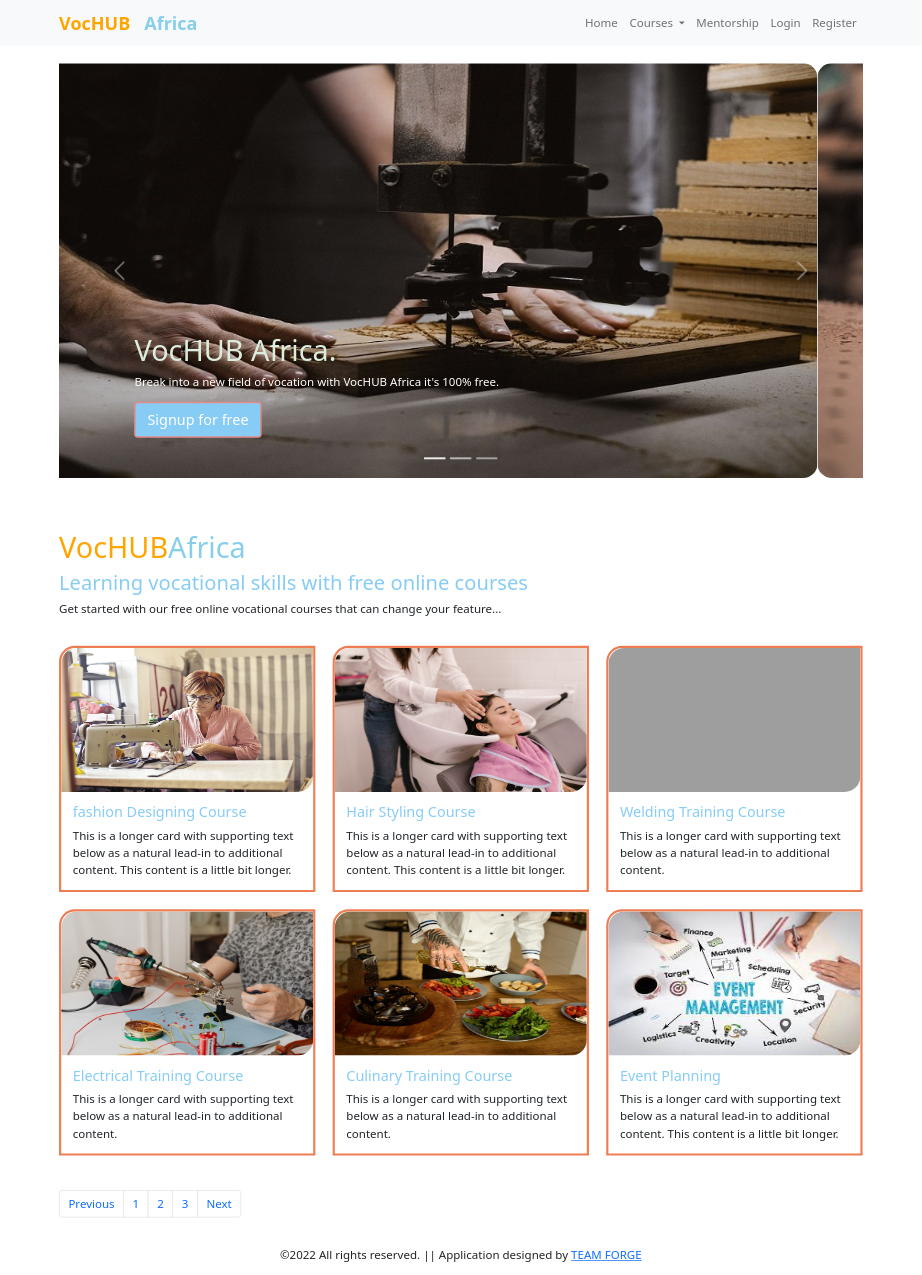
Repository: EKem01/VocHUB-Africa-Project
Page: / (app in client/)
These files come from the project's save history. The page is drawn as it stood at one moment and after a run of saves; the edit follows.
The browser window is 1280 px wide. The pictures show the whole page, at 72% of full size.
Pictures or frames that could not be fetched are drawn as grey boxes. The project was rebuilt for these pictures with package versions that can differ from the ones it lists, and the page was loaded fresh each time. Also part of the build but not shown: client/angular.json, client/src/app/components/login/login.component.ts, client/src/app/components/register/register.component.ts, client/src/app/components/courses/fashion-designing/fashion-designing.component.ts, client/src/app/components/courses/hair-styling/hair-styling.component.ts, client/src/app/components/dashboard/dashboard.component.ts, client/src/app/components/logout/logout.component.ts, client/src/app/components/mentorship/mentorship.component.ts.

Above is the page before, as saved 2022-06-13 23:40:32.

### client/src/index.html
<!doctype html>
<html lang="en">
<head>
  <meta charset="utf-8">
  <title>Vochub-Africa</title>
  <base href="/">
  <link href="https://cdn.jsdelivr.net/npm/bootstrap@5.0.2/dist/css/bootstrap.min.css" rel="stylesheet" integrity="sha384-EVSTQN3/azprG1Anm3QDgpJLIm9Nao0Yz1ztcQTwFspd3yD65VohhpuuCOmLASjC" crossorigin="anonymous">
  <meta name="viewport" content="width=device-width, initial-scale=1">
  <link rel="icon" type="image/x-icon" href="favicon.ico">
</head>
<body>
  <app-root></app-root>
  <script src="https://code.jquery.com/jquery-3.6.0.js" integrity="sha256-H+K7U5CnXl1h5ywQfKtSj8PCmoN9aaq30gDh27Xc0jk=" crossorigin="anonymous"></script>
  <script src="https://cdn.jsdelivr.net/npm/bootstrap@5.0.2/dist/js/bootstrap.bundle.min.js" integrity="sha384-MrcW6ZMFYlzcLA8Nl+NtUVF0sA7MsXsP1UyJoMp4YLEuNSfAP+JcXn/tWtIaxVXM" crossorigin="anonymous"></script>
</body>
</html>

### client/src/app/app.module.ts
import { NgModule } from '@angular/core';
import { FormsModule } from '@angular/forms';
import { BrowserModule } from '@angular/platform-browser';
import { AppRoutingModule } from './app-routing.module';
import { AppComponent } from './app.component';
import { NavbarComponent } from './components/navbar/navbar.component';
import { HomeComponent } from './components/home/home.component';
import { LoginComponent } from './components/login/login.component';
import { RegisterComponent } from './components/register/register.component';
import { NgbModule } from '@ng-bootstrap/ng-bootstrap';
import { HttpClientModule } from '@angular/common/http';
import { FashionDesigningComponent } from './components/courses/fashion-designing/fashion-designing.component';
import { HairStylingComponent } from './components/courses/hair-styling/hair-styling.component';
import { DashboardComponent } from './components/dashboard/dashboard.component';
import { LogoutComponent } from './components/logout/logout.component';
import { MentorshipComponent } from './components/mentorship/mentorship.component';

@NgModule({
  declarations: [
    AppComponent,
    NavbarComponent,
    HomeComponent,
    LoginComponent,
    LogoutComponent,
    RegisterComponent,
    FashionDesigningComponent,
    HairStylingComponent,
    DashboardComponent,
    LogoutComponent,
    MentorshipComponent
  ],
  imports: [
    BrowserModule,
    AppRoutingModule,
    FormsModule,
    NgbModule,
    HttpClientModule
  ],
  providers: [],
  bootstrap: [AppComponent]
})
export class AppModule { }

### client/src/app/app-routing.module.ts
import { RouterModule, Routes } from '@angular/router';
import { NgModule } from '@angular/core';
import { HomeComponent } from './components/home/home.component';
import { LoginComponent } from './components/login/login.component';
import { RegisterComponent } from './components/register/register.component';
import { FashionDesigningComponent } from './components/courses/fashion-designing/fashion-designing.component';
import { HairStylingComponent } from './components/courses/hair-styling/hair-styling.component';
import { DashboardComponent } from './components/dashboard/dashboard.component';




const appRoutes: Routes = [
    { path: '', component: HomeComponent},
    { path: 'register', component: RegisterComponent},
    { path: 'login', component: LoginComponent},
    { path: 'hair', component: HairStylingComponent},
    { path: 'fashion', component: FashionDesigningComponent},
    { path: 'dashboard', component: DashboardComponent}
    //{ path: '', redirectTo: '/home', pathMatch: 'full' },
    //{ path: '**', component: NotFoundComponent }
  ]

@NgModule({
    declarations: [],
    imports: [RouterModule.forRoot(appRoutes)],
    providers: [],
    bootstrap: [],
    exports: [RouterModule]
  })
  export class AppRoutingModule { }

### client/src/app/app.component.ts
import { Component } from '@angular/core';

@Component({
  selector: 'app-root',
  templateUrl: './app.component.html',
  styleUrls: ['./app.component.css']
})
export class AppComponent {
  title = 'vochub-elearning';
}

### client/src/app/components/navbar/navbar.component.html
<nav class="navbar navbar-expand-lg navbar-light bg-light mb-4" id="navhead">
    <div class="container">
        <a class="navbar-brand" routerLink="/"> <span style="color: orange;">VocHUB</span> &nbsp; <span style="color: skyblue;">Africa</span> </a>
        <button class="navbar-toggler" type="button" data-bs-toggle="collapse" data-bs-target="#navbarSupportedContent"
            aria-controls="navbarSupportedContent" aria-expanded="false" aria-label="Toggle navigation">
            <span class="navbar-toggler-icon"></span>
        </button>
        <div class="collapse navbar-collapse" id="navbarSupportedContent">
            <ul class="navbar-nav me-auto mb-2 mb-lg-0"> </ul>
            <ul class="nav navbar-nav navbar-right">
              <li><a class="nav-link" id="blue" aria-current="page" routerLink="/">Home</a></li>
              <li class="nav-item dropdown">
                  <a class="nav-link dropdown-toggle" href="#" id="navbarDropdown" role="button" data-bs-toggle="dropdown" aria-expanded="false">
                    Courses
                  </a>
                  <ul class="dropdown-menu" aria-labelledby="navbarDropdown">
                    <li><a class="dropdown-item" routerLink="/fashion">Fashion Designing</a></li>
                    <li><a class="dropdown-item" routerLink="/hair">Hair Styling</a></li>
                    <li><a class="dropdown-item" routerLink="/course">Arts and craft</a></li>
                    <li><a class="dropdown-item" routerLink="/course">Electrician</a></li>
                    <li><a class="dropdown-item" routerLink="course">Welding</a></li>
                    <li><a class="dropdown-item" routerLink="/course">Graphic Designing</a></li>
                    <li><a class="dropdown-item" routerLink="/course">Culinary Arts</a></li>
                    <li><a class="dropdown-item" routerLink="/course">Event planning</a></li>
                  </ul>
                </li>
                <li><a class="nav-link" routerLink="/mentorship">Mentorship</a></li>
                <li><a class="nav-link" routerLink="/login">Login</a></li>
                <li><a class="nav-link" routerLink="/register">Register</a></li>
            </ul>
        </div>
    </div>
  </nav>

  <div class="container">
    <router-outlet></router-outlet>
  </div>
  <br>

  <footer class="text-center">
    <div class="container">
      <p>&copy;2022 All rights reserved. || Application designed by <a href="#">TEAM FORGE</a></p>
    </div>
  </footer>

### client/src/app/components/navbar/navbar.component.css
button{
    border-radius: 10px;
}
.container .navbar-brand{
    font-weight: 700;
}
.navbar-brand{
    color: #0096FF;
    font-size: 25px;
}

### client/src/app/components/home/home.component.html
<div id="myCarousel" class="carousel slide" data-bs-ride="carousel">
  <div class="carousel-indicators">
    <button type="button" data-bs-target="#myCarousel" data-bs-slide-to="0" class="active" aria-current="true"
      aria-label="Slide 1"></button>
    <button type="button" data-bs-target="#myCarousel" data-bs-slide-to="1" aria-label="Slide 2"></button>
    <button type="button" data-bs-target="#myCarousel" data-bs-slide-to="2" aria-label="Slide 3"></button>
  </div>
  <div class="carousel-inner">
    <div class="carousel-item active">
      <img src="assets/img/shevet.jpg" class="d-block w-100" alt="...">

      <div class="container">
        <div class="carousel-caption text-start">
          <h1>VocHUB Africa.</h1>
          <p >Break into a new field of vocation with VocHUB Africa it's 100% free.</p>
          <p><a class="btn btn-lg btn-primary course-btn" routerLink="/register">Signup for free</a></p>
        </div>
      </div>
    </div>
    <div class="carousel-item">
      <img src="assets/img/cley.jpg" class="d-block w-100" alt="...">

      <div class="container">
        <div class="carousel-caption text-start">
          <h1>Learn without limits.</h1>
          <p>Start your vocational career with more than 1,000 courses with VocHUB Africa.</p>
          <p><a class="btn btn-lg btn-primary course-btn" routerLink="/register">Learn more...</a></p>
        </div>
      </div>
    </div>
    <div class="carousel-item">
      <img src="assets/img/T1.jpg" class="d-block w-100" alt="...">

      <div class="container">
        <div class="carousel-caption text-start">
          <h1>Start leraning for free.</h1>
          <p>Free vocational online courses with VocHUB Africa.</p>
          <p><a class="btn btn-lg btn-primary course-btn" routerLink="/register">Courses</a></p>
        </div>
      </div>
    </div>
  </div>
  <button class="carousel-control-prev" type="button" data-bs-target="#myCarousel" data-bs-slide="prev">
    <span class="carousel-control-prev-icon" aria-hidden="true"></span>
    <span class="visually-hidden">Previous</span>
  </button>
  <button class="carousel-control-next" type="button" data-bs-target="#myCarousel" data-bs-slide="next">
    <span class="carousel-control-next-icon" aria-hidden="true"></span>
    <span class="visually-hidden">Next</span>
  </button>
</div>
<br>
<br>
<br>


<section class="courses">
  <h1> <span style="color: orange;">VocHUB</span> <span style="color: skyblue;">Africa</span> </h1>
  <h3>Learning vocational skills with free online courses</h3>
  <p>Get started with our free online vocational courses that can change your feature...</p><br>
  <div class="row row-cols-1 row-cols-md-3 g-4">
    <div class="col">
      <div class="card">
        <a routerLink="/fashion">
          <img src="assets/img/T2.jpg" class="card-img-top" alt="...">
        </a>
        <div class="card-body">
          <div class="course">
            <h5><a routerLink="/fashion">fashion Designing Course</a></h5>
          </div>
          <p class="card-text">This is a longer card with supporting text below as a natural lead-in to additional
            content. This content is a little bit longer.</p>
        </div>
      </div>
    </div>

    <div class="col">
      <div class="card">
        <a routerLink="/hair">
          <img src="assets/img/hair.jpg" class="card-img-top" alt="...">
        </a>
        <div class="card-body">
          <div class="course">
            <h5><a routerLink="/hair">Hair Styling Course</a></h5>
          </div>
          <p class="card-text">This is a longer card with supporting text below as a natural lead-in to additional
            content. This content is a little bit longer.</p>
        </div>
      </div>
    </div>
    <div class="col">
      <div class="card">
        <img src="assets/img/welding.jpg" class="card-img-top" alt="...">
        <div class="card-body">
          <div class="course">
            <h5><a routerLink="#">Welding Training Course</a></h5>
          </div>
          <p class="card-text">This is a longer card with supporting text below as a natural lead-in to additional
            content.</p>
        </div>
      </div>
    </div>
    <div class="col">
      <div class="card">
        <img src="assets/img/electric.jpg" class="card-img-top" alt="...">
        <div class="card-body">
          <div class="course">
            <h5><a routerLink="#">Electrical Training Course</a></h5>
          </div>
          <p class="card-text">This is a longer card with supporting text below as a natural lead-in to additional
            content.</p>
        </div>
      </div>
    </div>
    <div class="col">
      <div class="card">
        <img src="assets/img/culinary.jpg" class="card-img-top" alt="...">
        <div class="card-body">
          <div class="course">
            <h5><a routerLink="#">Culinary Training Course</a></h5>
          </div>
          <p class="card-text">This is a longer card with supporting text below as a natural lead-in to additional
            content.</p>
        </div>
      </div>
    </div>
    <div class="col">
      <div class="card">
        <img src="assets/img/event.jpg" class="card-img-top" alt="...">
        <div class="card-body">
          <div class="course">
            <h5><a routerLink="/fashion">Event Planning</a></h5>
          </div>
          <p class="card-text">This is a longer card with supporting text below as a natural lead-in to additional
            content.
            This content is a little bit longer.</p>
        </div>
      </div>
    </div>
  </div>
</section>
<br>
<br>

<section class="pagination">
  <nav aria-label="Page navigation example">
    <ul class="pagination">
      <li class="page-item"><a class="page-link" href="#">Previous</a></li>
      <li class="page-item"><a class="page-link" href="#">1</a></li>
      <li class="page-item"><a class="page-link" href="#">2</a></li>
      <li class="page-item"><a class="page-link" href="#">3</a></li>
      <li class="page-item"><a class="page-link" href="#">Next</a></li>
    </ul>
  </nav>
</section>

### client/src/app/components/home/home.component.css
img{
    width: 100%;
    height: 80vh;
}
.carousel-item img{
    border-radius: 20px;
    width: fit-content;

}

.carousel-item h1{
    color: #ddeddd;
}

.course-btn{
    background-color: rgb(134, 204, 245);
    border: 2px solid rgb(226, 140, 140);
}
.courses h1{
    color: rgb(238, 125, 84);
}
.courses h3{
    color:  rgb(134, 204, 245);
}
.card{
    border-radius: 22px 0px 0 0;
    border: 3px solid rgb(238, 125, 84);
}
.card img{
    height: 200px;
    border-radius: 22px 0px;
}
.course a{
    text-decoration: none;
    color: rgb(134, 204, 245);
}

Loaded but not shown: client/src/styles.css (common file); client/src/main.ts (common file); client/src/environments/environment.ts (common file); client/src/app/components/navbar/navbar.component.ts (common file); client/src/app/components/home/home.component.ts (common file); client/src/app/app.component.html (common file); client/src/app/app.component.css (no stored copy; drawn as an empty file)

After the next 2 saves:
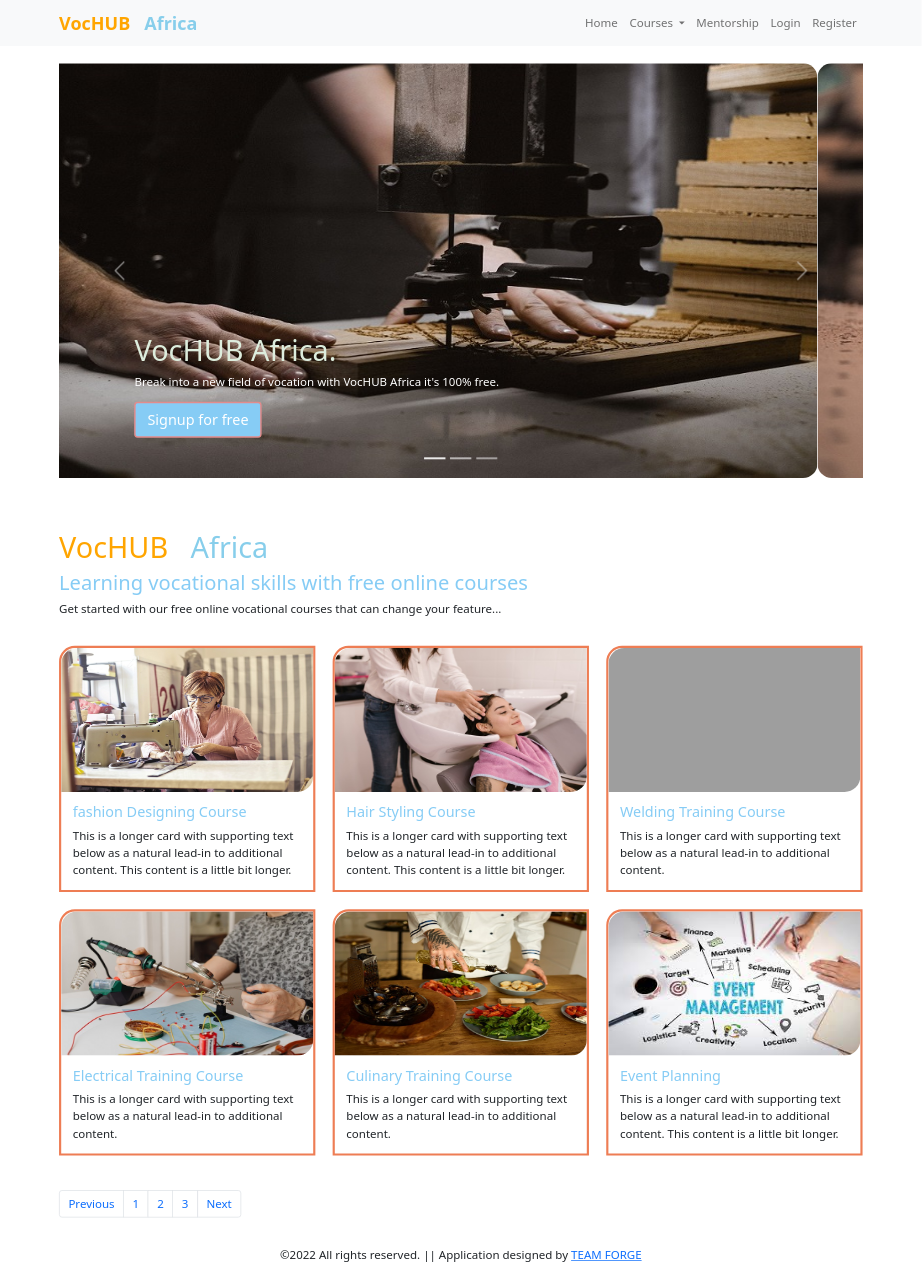
The 2 saves are shown as one change because they came seconds apart.
The last was saved 17 s later.
--- a/client/src/app/components/home/home.component.html
+++ b/client/src/app/components/home/home.component.html
@@ -55,7 +55,7 @@
 
 
 <section class="courses">
-  <h1> <span style="color: orange;">VocHUB</span> <span style="color: skyblue;">Africa</span> </h1>
+  <h1> <span style="color: orange;">VocHUB</span> &nbsp; <span style="color: skyblue;">Africa</span> </h1>
   <h3>Learning vocational skills with free online courses</h3>
   <p>Get started with our free online vocational courses that can change your feature...</p><br>
   <div class="row row-cols-1 row-cols-md-3 g-4">
